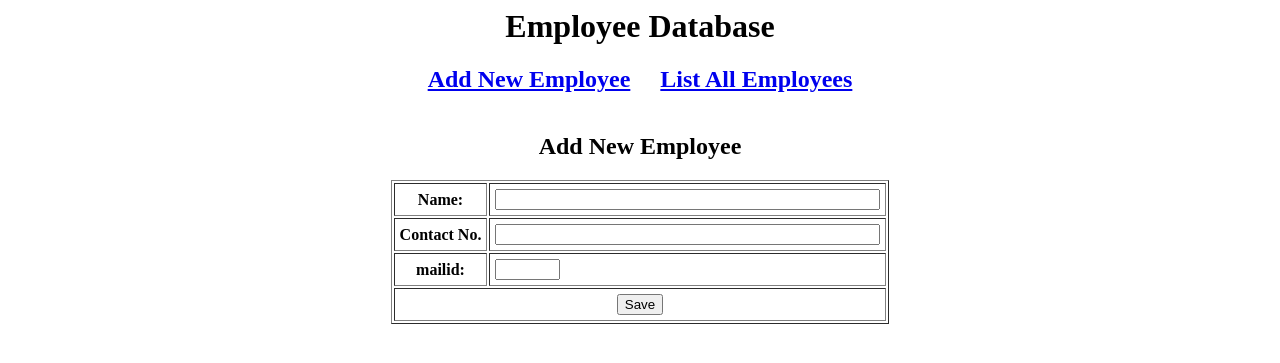
Repository: balu-sadanandan/demoProject
Page: http://localhost/emp_database/form.jsp
An editor plug-in stored every save of this project. The page is shown before and after the next save, followed by the edit.
The browser window is 1280 px wide. The pictures show the whole page.
The page is served by Tomcat 9. Other server files are loaded and not shown. The template is opened directly, without the code that normally fills it, so the values that code supplies are empty.

Above is the page before, as saved 2017-09-05 12:53:11.

### emp_database/WebContent/form.jsp
<%@ page language="java" contentType="text/html; charset=UTF-8"
    pageEncoding="UTF-8"%>
<%@ taglib uri="http://java.sun.com/jsp/jstl/core" prefix="c" %>
<html>
<head>
    <title>Employee Operations</title>
</head>
<body>
    <center>
        <h1>Employee Database</h1>
        <h2>
            <a href="/new">Add New Employee</a>
            &nbsp;&nbsp;&nbsp;
            <a href="/list">List All Employees</a>

        </h2>
    </center>
    <div align="center">
        <c:if test="${emp != null}">
            <form action="update" method="post">
        </c:if>
        <c:if test="${emp == null}">
            <form action="insert" method="post">
        </c:if>
        <table border="1" cellpadding="5">
            <caption>
                <h2>
                    <c:if test="${emp != null}">
                        Edit Employee
                    </c:if>
                    <c:if test="${emp == null}">
                        Add New Employee
                    </c:if>
                </h2>
            </caption>
                <c:if test="${emp != null}">
                    <input type="hidden" name="id" value="<c:out value='${emp.emp_id}' />" />
                </c:if>
            <tr>
                <th>Name: </th>
                <td>
                    <input type="text" name="name" size="45"
                            value="<c:out value='${emp.name}' />"
                        />
                </td>
            </tr>
            <tr>
                <th>Contact No. </th>
                <td>
                    <input type="text" name="cno" size="45"
                            value="<c:out value='${emp.cno}' />"
                    />
                </td>
            </tr>
            <tr>
                <th>mailid: </th>
                <td>
                    <input type="text" name="mid" size="5"
                            value="<c:out value='${emp.mailid}' />"
                    />
                </td>
            </tr>
            <tr>
                <td colspan="2" align="center">
                    <input type="submit" value="Save" />
                </td>
            </tr>
        </table>
        </form>
    </div>
</body>
</html>

After the next save:
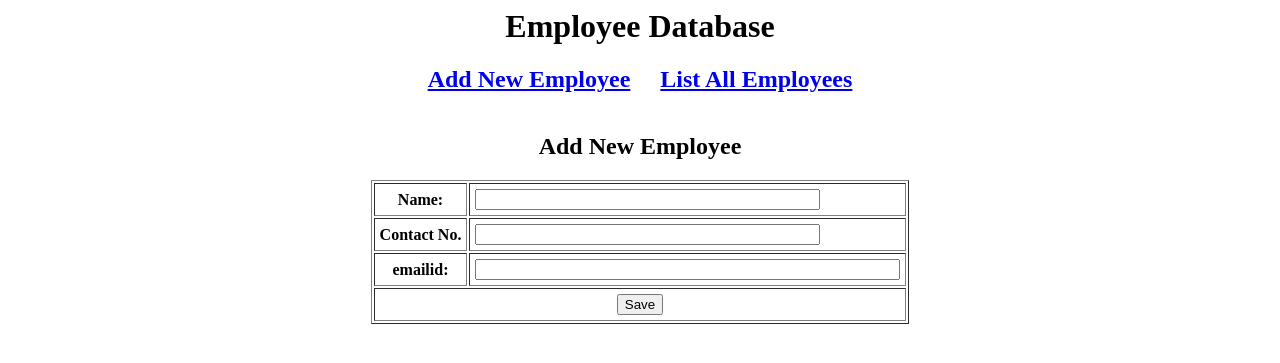
Saved 36 s later.
--- a/emp_database/WebContent/form.jsp
+++ b/emp_database/WebContent/form.jsp
@@ -39,7 +39,7 @@
             <tr>
                 <th>Name: </th>
                 <td>
-                    <input type="text" name="name" size="45"
+                    <input type="text" name="name" size="40"
                             value="<c:out value='${emp.name}' />"
                         />
                 </td>
@@ -47,15 +47,15 @@
             <tr>
                 <th>Contact No. </th>
                 <td>
-                    <input type="text" name="cno" size="45"
+                    <input type="text" name="cno" size="40"
                             value="<c:out value='${emp.cno}' />"
                     />
                 </td>
             </tr>
             <tr>
-                <th>mailid: </th>
+                <th>emailid: </th>
                 <td>
-                    <input type="text" name="mid" size="5"
+                    <input type="text" name="mid" size="50"
                             value="<c:out value='${emp.mailid}' />"
                     />
                 </td>
